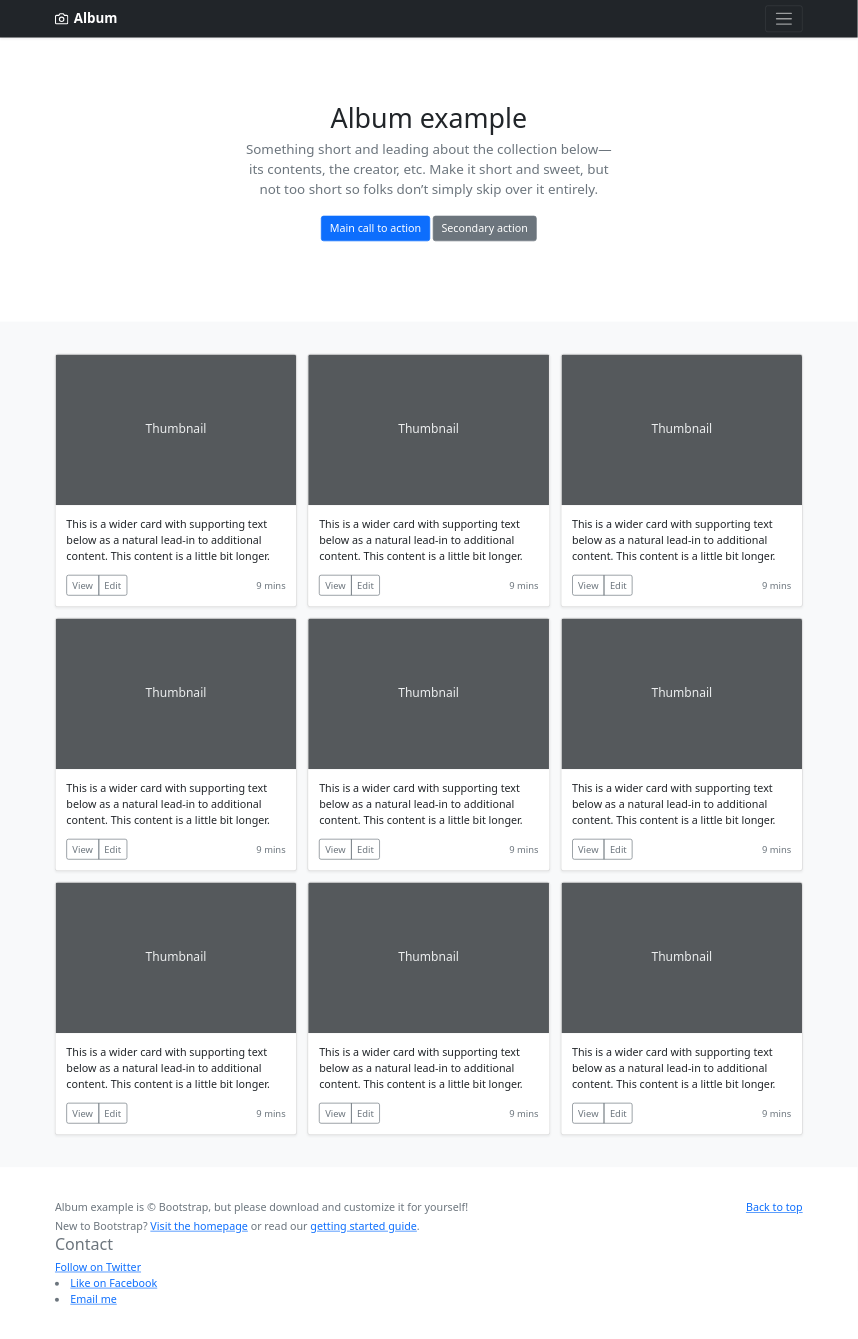
Repository: harshi93/pythonProjects
Page: http://localhost/jobs
An editor plug-in stored every save of this project. The page is shown before and after the next save, followed by the edit.
The browser window is 1280 px wide. The pictures show the whole page, at 67% of full size.
The page is served by the project's application, run on Django 3.2 (manage.py). Other server files are loaded and not shown.

Above is the page before, as saved 2021-07-29 03:13:20.

### portfolio/jobs/templates/experience/exp.html
<!doctype html>
<html lang="en">
  <head>
    <meta charset="utf-8">
    <meta name="viewport" content="width=device-width, initial-scale=1">
    <meta name="description" content="">
    <meta name="author" content="Mark Otto, Jacob Thornton, and Bootstrap contributors">
    <meta name="generator" content="Hugo 0.84.0">
    <title>Album example · Bootstrap v5.0</title>

    <link rel="canonical" href="https://getbootstrap.com/docs/5.0/examples/album/">



    <!-- Bootstrap core CSS -->
    <link href="https://cdn.jsdelivr.net/npm/bootstrap@5.0.2/dist/css/bootstrap.min.css" rel="stylesheet" integrity="sha384-EVSTQN3/azprG1Anm3QDgpJLIm9Nao0Yz1ztcQTwFspd3yD65VohhpuuCOmLASjC" crossorigin="anonymous">
    <!-- Favicons -->
<link rel="apple-touch-icon" href="/docs/5.0/assets/img/favicons/apple-touch-icon.png" sizes="180x180">
<link rel="icon" href="/docs/5.0/assets/img/favicons/favicon-32x32.png" sizes="32x32" type="image/png">
<link rel="icon" href="/docs/5.0/assets/img/favicons/favicon-16x16.png" sizes="16x16" type="image/png">
<link rel="manifest" href="/docs/5.0/assets/img/favicons/manifest.json">
<link rel="mask-icon" href="/docs/5.0/assets/img/favicons/safari-pinned-tab.svg" color="#7952b3">
<link rel="icon" href="/docs/5.0/assets/img/favicons/favicon.ico">
<meta name="theme-color" content="#7952b3">


    <style>
      .bd-placeholder-img {
        font-size: 1.125rem;
        text-anchor: middle;
        -webkit-user-select: none;
        -moz-user-select: none;
        user-select: none;
      }

      @media (min-width: 768px) {
        .bd-placeholder-img-lg {
          font-size: 3.5rem;
        }
      }
    </style>


  </head>
  <body>

<header>
  <div class="collapse bg-dark" id="navbarHeader">
    <div class="container">
      <div class="row">
        <div class="col-sm-8 col-md-7 py-4">
          <h4 class="text-white">About</h4>
          <p class="text-muted">Add some information about the album below, the author, or any other background context. Make it a few sentences long so folks can pick up some informative tidbits. Then, link them off to some social networking sites or contact information.</p>
        </div>

      </div>
    </div>
  </div>
  <div class="navbar navbar-dark bg-dark shadow-sm">
    <div class="container">
      <a href="#" class="navbar-brand d-flex align-items-center">
        <svg xmlns="http://www.w3.org/2000/svg" width="20" height="20" fill="none" stroke="currentColor" stroke-linecap="round" stroke-linejoin="round" stroke-width="2" aria-hidden="true" class="me-2" viewBox="0 0 24 24"><path d="M23 19a2 2 0 0 1-2 2H3a2 2 0 0 1-2-2V8a2 2 0 0 1 2-2h4l2-3h6l2 3h4a2 2 0 0 1 2 2z"/><circle cx="12" cy="13" r="4"/></svg>
        <strong>Album</strong>
      </a>
      <button class="navbar-toggler" type="button" data-bs-toggle="collapse" data-bs-target="#navbarHeader" aria-controls="navbarHeader" aria-expanded="false" aria-label="Toggle navigation">
        <span class="navbar-toggler-icon"></span>
      </button>
    </div>
  </div>
</header>

<main>

  <section class="py-5 text-center container">
    <div class="row py-lg-5">
      <div class="col-lg-6 col-md-8 mx-auto">
        <h1 class="fw-light">Album example</h1>
        <p class="lead text-muted">Something short and leading about the collection below—its contents, the creator, etc. Make it short and sweet, but not too short so folks don’t simply skip over it entirely.</p>
        <p>
          <a href="#" class="btn btn-primary my-2">Main call to action</a>
          <a href="#" class="btn btn-secondary my-2">Secondary action</a>
        </p>
      </div>
    </div>
  </section>

  <div class="album py-5 bg-light">
    <div class="container">

      <div class="row row-cols-1 row-cols-sm-2 row-cols-md-3 g-3">
        <div class="col">
          <div class="card shadow-sm">
            <svg class="bd-placeholder-img card-img-top" width="100%" height="225" xmlns="http://www.w3.org/2000/svg" role="img" aria-label="Placeholder: Thumbnail" preserveAspectRatio="xMidYMid slice" focusable="false"><title>Placeholder</title><rect width="100%" height="100%" fill="#55595c"/><text x="50%" y="50%" fill="#eceeef" dy=".3em">Thumbnail</text></svg>

            <div class="card-body">
              <p class="card-text">This is a wider card with supporting text below as a natural lead-in to additional content. This content is a little bit longer.</p>
              <div class="d-flex justify-content-between align-items-center">
                <div class="btn-group">
                  <button type="button" class="btn btn-sm btn-outline-secondary">View</button>
                  <button type="button" class="btn btn-sm btn-outline-secondary">Edit</button>
                </div>
                <small class="text-muted">9 mins</small>
              </div>
            </div>
          </div>
        </div>
        <div class="col">
          <div class="card shadow-sm">
            <svg class="bd-placeholder-img card-img-top" width="100%" height="225" xmlns="http://www.w3.org/2000/svg" role="img" aria-label="Placeholder: Thumbnail" preserveAspectRatio="xMidYMid slice" focusable="false"><title>Placeholder</title><rect width="100%" height="100%" fill="#55595c"/><text x="50%" y="50%" fill="#eceeef" dy=".3em">Thumbnail</text></svg>

            <div class="card-body">
              <p class="card-text">This is a wider card with supporting text below as a natural lead-in to additional content. This content is a little bit longer.</p>
              <div class="d-flex justify-content-between align-items-center">
                <div class="btn-group">
                  <button type="button" class="btn btn-sm btn-outline-secondary">View</button>
                  <button type="button" class="btn btn-sm btn-outline-secondary">Edit</button>
                </div>
                <small class="text-muted">9 mins</small>
              </div>
            </div>
          </div>
        </div>
        <div class="col">
          <div class="card shadow-sm">
            <svg class="bd-placeholder-img card-img-top" width="100%" height="225" xmlns="http://www.w3.org/2000/svg" role="img" aria-label="Placeholder: Thumbnail" preserveAspectRatio="xMidYMid slice" focusable="false"><title>Placeholder</title><rect width="100%" height="100%" fill="#55595c"/><text x="50%" y="50%" fill="#eceeef" dy=".3em">Thumbnail</text></svg>

            <div class="card-body">
              <p class="card-text">This is a wider card with supporting text below as a natural lead-in to additional content. This content is a little bit longer.</p>
              <div class="d-flex justify-content-between align-items-center">
                <div class="btn-group">
                  <button type="button" class="btn btn-sm btn-outline-secondary">View</button>
                  <button type="button" class="btn btn-sm btn-outline-secondary">Edit</button>
                </div>
                <small class="text-muted">9 mins</small>
              </div>
            </div>
          </div>
        </div>

        <div class="col">
          <div class="card shadow-sm">
            <svg class="bd-placeholder-img card-img-top" width="100%" height="225" xmlns="http://www.w3.org/2000/svg" role="img" aria-label="Placeholder: Thumbnail" preserveAspectRatio="xMidYMid slice" focusable="false"><title>Placeholder</title><rect width="100%" height="100%" fill="#55595c"/><text x="50%" y="50%" fill="#eceeef" dy=".3em">Thumbnail</text></svg>

            <div class="card-body">
              <p class="card-text">This is a wider card with supporting text below as a natural lead-in to additional content. This content is a little bit longer.</p>
              <div class="d-flex justify-content-between align-items-center">
                <div class="btn-group">
                  <button type="button" class="btn btn-sm btn-outline-secondary">View</button>
                  <button type="button" class="btn btn-sm btn-outline-secondary">Edit</button>
                </div>
                <small class="text-muted">9 mins</small>
              </div>
            </div>
          </div>
        </div>
        <div class="col">
          <div class="card shadow-sm">
            <svg class="bd-placeholder-img card-img-top" width="100%" height="225" xmlns="http://www.w3.org/2000/svg" role="img" aria-label="Placeholder: Thumbnail" preserveAspectRatio="xMidYMid slice" focusable="false"><title>Placeholder</title><rect width="100%" height="100%" fill="#55595c"/><text x="50%" y="50%" fill="#eceeef" dy=".3em">Thumbnail</text></svg>

            <div class="card-body">
              <p class="card-text">This is a wider card with supporting text below as a natural lead-in to additional content. This content is a little bit longer.</p>
              <div class="d-flex justify-content-between align-items-center">
                <div class="btn-group">
                  <button type="button" class="btn btn-sm btn-outline-secondary">View</button>
                  <button type="button" class="btn btn-sm btn-outline-secondary">Edit</button>
                </div>
                <small class="text-muted">9 mins</small>
              </div>
            </div>
          </div>
        </div>
        <div class="col">
          <div class="card shadow-sm">
            <svg class="bd-placeholder-img card-img-top" width="100%" height="225" xmlns="http://www.w3.org/2000/svg" role="img" aria-label="Placeholder: Thumbnail" preserveAspectRatio="xMidYMid slice" focusable="false"><title>Placeholder</title><rect width="100%" height="100%" fill="#55595c"/><text x="50%" y="50%" fill="#eceeef" dy=".3em">Thumbnail</text></svg>

            <div class="card-body">
              <p class="card-text">This is a wider card with supporting text below as a natural lead-in to additional content. This content is a little bit longer.</p>
              <div class="d-flex justify-content-between align-items-center">
                <div class="btn-group">
                  <button type="button" class="btn btn-sm btn-outline-secondary">View</button>
                  <button type="button" class="btn btn-sm btn-outline-secondary">Edit</button>
                </div>
                <small class="text-muted">9 mins</small>
              </div>
            </div>
          </div>
        </div>

        <div class="col">
          <div class="card shadow-sm">
            <svg class="bd-placeholder-img card-img-top" width="100%" height="225" xmlns="http://www.w3.org/2000/svg" role="img" aria-label="Placeholder: Thumbnail" preserveAspectRatio="xMidYMid slice" focusable="false"><title>Placeholder</title><rect width="100%" height="100%" fill="#55595c"/><text x="50%" y="50%" fill="#eceeef" dy=".3em">Thumbnail</text></svg>

            <div class="card-body">
              <p class="card-text">This is a wider card with supporting text below as a natural lead-in to additional content. This content is a little bit longer.</p>
              <div class="d-flex justify-content-between align-items-center">
                <div class="btn-group">
                  <button type="button" class="btn btn-sm btn-outline-secondary">View</button>
                  <button type="button" class="btn btn-sm btn-outline-secondary">Edit</button>
                </div>
                <small class="text-muted">9 mins</small>
              </div>
            </div>
          </div>
        </div>
        <div class="col">
          <div class="card shadow-sm">
            <svg class="bd-placeholder-img card-img-top" width="100%" height="225" xmlns="http://www.w3.org/2000/svg" role="img" aria-label="Placeholder: Thumbnail" preserveAspectRatio="xMidYMid slice" focusable="false"><title>Placeholder</title><rect width="100%" height="100%" fill="#55595c"/><text x="50%" y="50%" fill="#eceeef" dy=".3em">Thumbnail</text></svg>

            <div class="card-body">
              <p class="card-text">This is a wider card with supporting text below as a natural lead-in to additional content. This content is a little bit longer.</p>
              <div class="d-flex justify-content-between align-items-center">
                <div class="btn-group">
                  <button type="button" class="btn btn-sm btn-outline-secondary">View</button>
                  <button type="button" class="btn btn-sm btn-outline-secondary">Edit</button>
                </div>
                <small class="text-muted">9 mins</small>
              </div>
            </div>
          </div>
        </div>
        <div class="col">
          <div class="card shadow-sm">
            <svg class="bd-placeholder-img card-img-top" width="100%" height="225" xmlns="http://www.w3.org/2000/svg" role="img" aria-label="Placeholder: Thumbnail" preserveAspectRatio="xMidYMid slice" focusable="false"><title>Placeholder</title><rect width="100%" height="100%" fill="#55595c"/><text x="50%" y="50%" fill="#eceeef" dy=".3em">Thumbnail</text></svg>

            <div class="card-body">
              <p class="card-text">This is a wider card with supporting text below as a natural lead-in to additional content. This content is a little bit longer.</p>
              <div class="d-flex justify-content-between align-items-center">
                <div class="btn-group">
                  <button type="button" class="btn btn-sm btn-outline-secondary">View</button>
                  <button type="button" class="btn btn-sm btn-outline-secondary">Edit</button>
                </div>
                <small class="text-muted">9 mins</small>
              </div>
            </div>
          </div>
        </div>
      </div>
    </div>
  </div>

</main>

<footer class="text-muted py-5">
  <div class="container">
    <p class="float-end mb-1">
      <a href="#">Back to top</a>
    </p>
    <p class="mb-1">Album example is &copy; Bootstrap, but please download and customize it for yourself!</p>
    <p class="mb-0">New to Bootstrap? <a href="/">Visit the homepage</a> or read our <a href="/docs/5.0/getting-started/introduction/">getting started guide</a>.</p>
    <h4 class="text-black">Contact</h4>
    <a href="#" class="text-black">Follow on Twitter</a></li>
    <li><a href="#" class="text-black">Like on Facebook</a></li>
    <li><a href="#" class="text-black">Email me</a></li>
  </div>
</footer>


<script src="https://cdn.jsdelivr.net/npm/bootstrap@5.0.2/dist/js/bootstrap.bundle.min.js" integrity="sha384-MrcW6ZMFYlzcLA8Nl+NtUVF0sA7MsXsP1UyJoMp4YLEuNSfAP+JcXn/tWtIaxVXM" crossorigin="anonymous"></script>

  </body>
</html>

### portfolio/jobs/views.py
from django.shortcuts import render
from .models import Job

# Create your views here.
def experience(request):
    jobs = Job.objects
    return render(request, 'experience/exp.html', {'jobs':jobs})

### portfolio/portfolio/urls.py
"""portfolio URL Configuration

The `urlpatterns` list routes URLs to views. For more information please see:
    https://docs.djangoproject.com/en/3.0/topics/http/urls/
Examples:
Function views
    1. Add an import:  from my_app import views
    2. Add a URL to urlpatterns:  path('', views.home, name='home')
Class-based views
    1. Add an import:  from other_app.views import Home
    2. Add a URL to urlpatterns:  path('', Home.as_view(), name='home')
Including another URLconf
    1. Import the include() function: from django.urls import include, path
    2. Add a URL to urlpatterns:  path('blog/', include('blog.urls'))
"""
from django.contrib import admin
from django.urls import path
import jobs.views

urlpatterns = [
    path('admin/', admin.site.urls),
    path('jobs', jobs.views.experience, name='experience'),
]

After the next save:
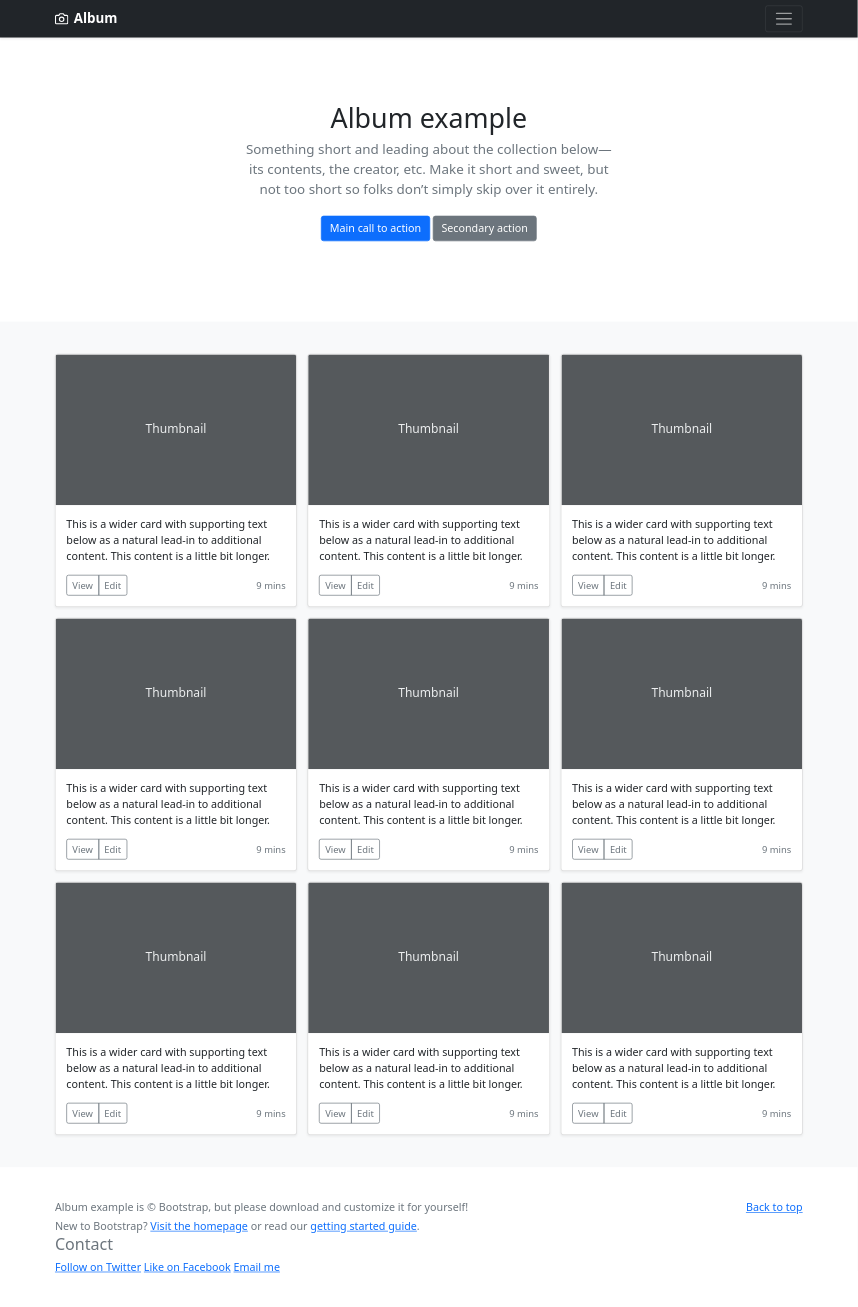
Saved 15 s later.
--- a/portfolio/jobs/templates/experience/exp.html
+++ b/portfolio/jobs/templates/experience/exp.html
@@ -248,9 +248,9 @@
     <p class="mb-1">Album example is &copy; Bootstrap, but please download and customize it for yourself!</p>
     <p class="mb-0">New to Bootstrap? <a href="/">Visit the homepage</a> or read our <a href="/docs/5.0/getting-started/introduction/">getting started guide</a>.</p>
     <h4 class="text-black">Contact</h4>
-    <a href="#" class="text-black">Follow on Twitter</a></li>
-    <li><a href="#" class="text-black">Like on Facebook</a></li>
-    <li><a href="#" class="text-black">Email me</a></li>
+    <a href="#" class="text-black">Follow on Twitter</a>
+    <a href="#" class="text-black">Like on Facebook</a>
+    <a href="#" class="text-black">Email me</a>
   </div>
 </footer>
 
